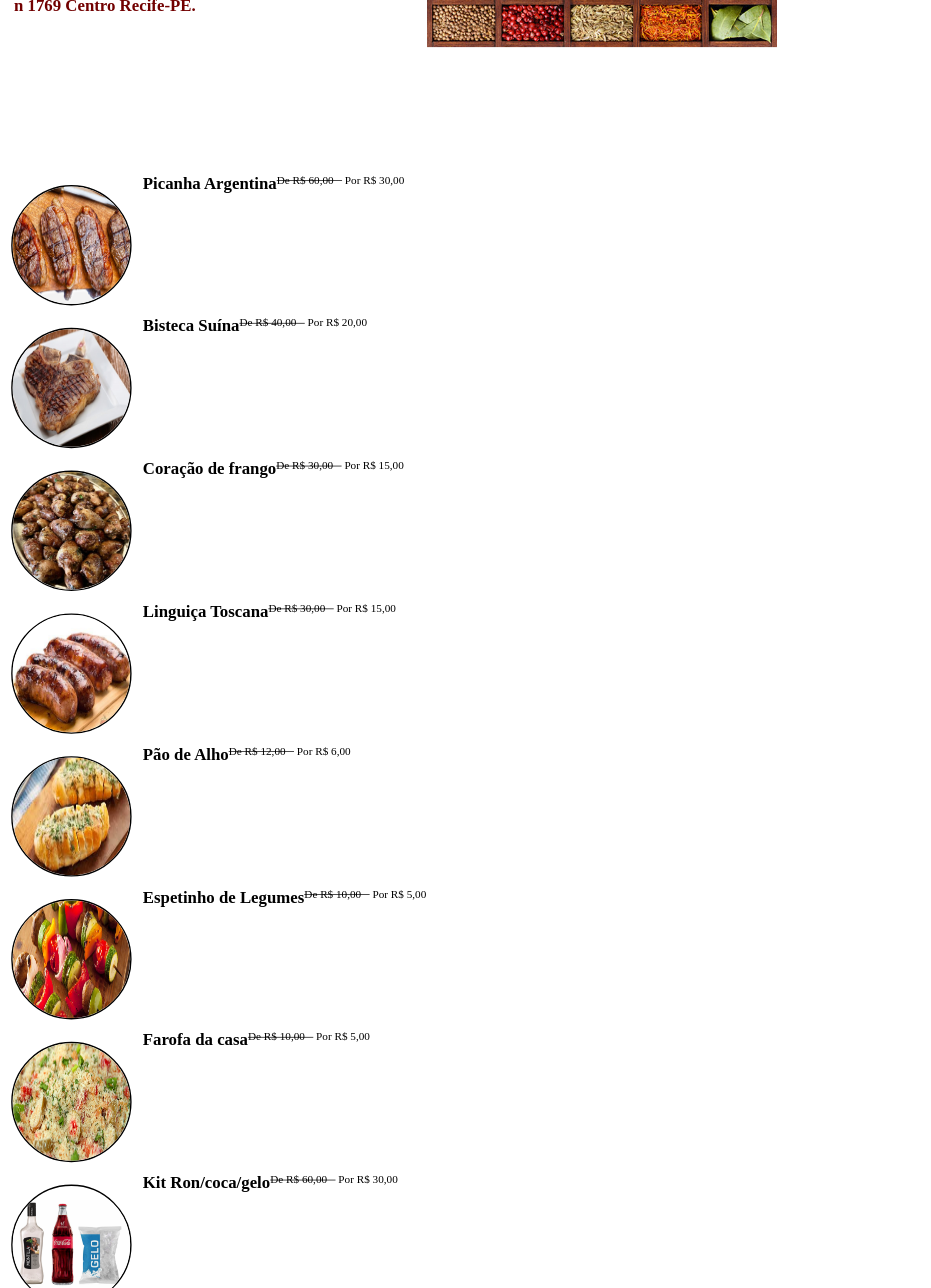
Repository: PauloMarquess/ProjetoBlackFriday
Page: index.html
These files come from the project's save history. The page is drawn as it stood at one moment and after the next save; the edit follows.
The browser window is 1280 px wide. The page is 1330 px wide, so the pictures cover 1330 px, including what lies to the right of the window. The pictures show the part of the page from y = 1145 to 2985 px (the page is 3814 px tall before and 4206 px after), at 70% of full size.

Above is the page before, as saved 2021-07-15 19:52:40.

After the next save:
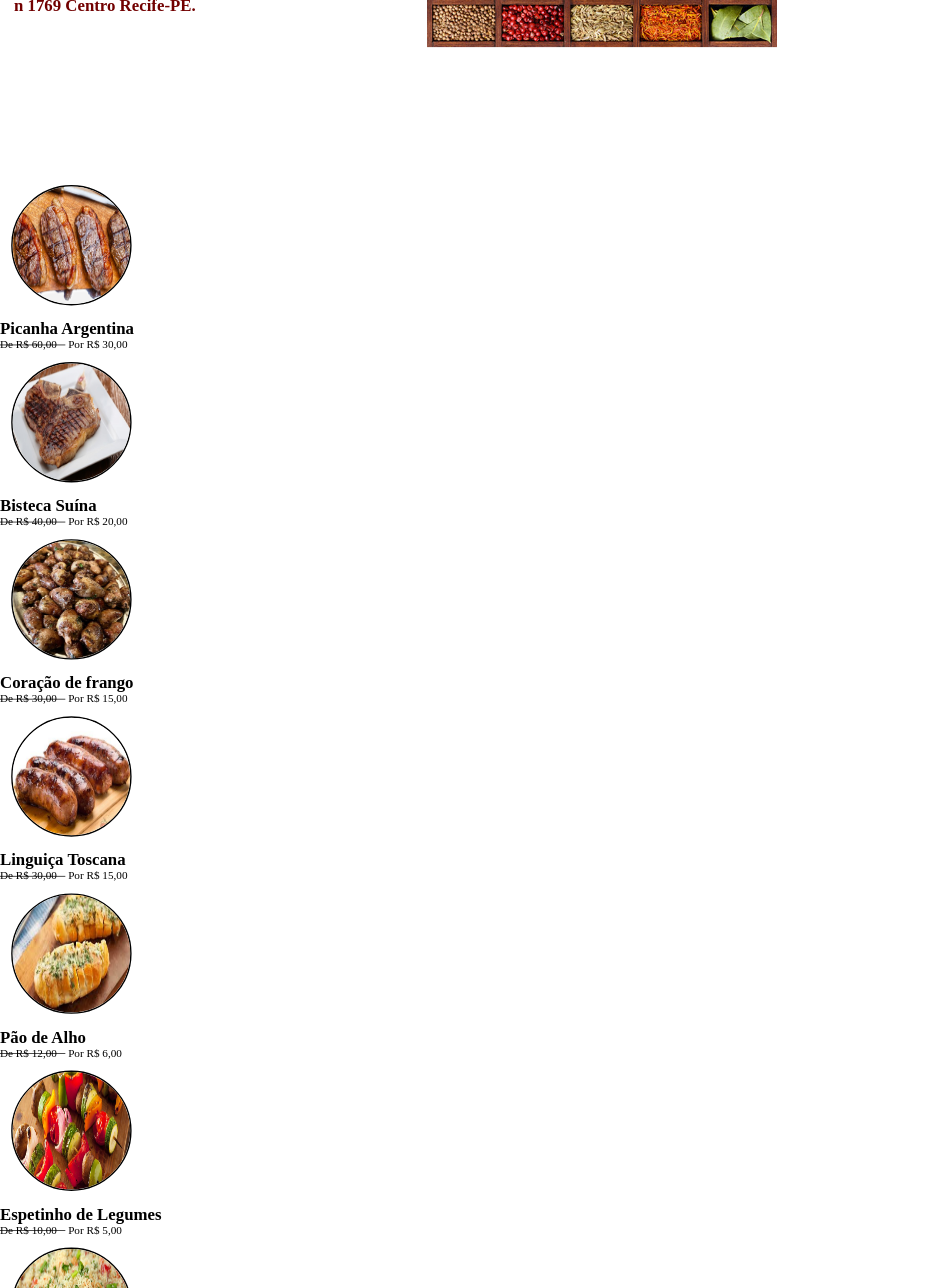
Saved 8 s later.
--- a/css/style.css
+++ b/css/style.css
@@ -79,7 +79,7 @@
    text-align: center;
 
 }
-.container-card #produtos .card {
+.container-ca #produtos .card {
     display: flex;
     flex-wrap: wrap;
 

After the save that followed:
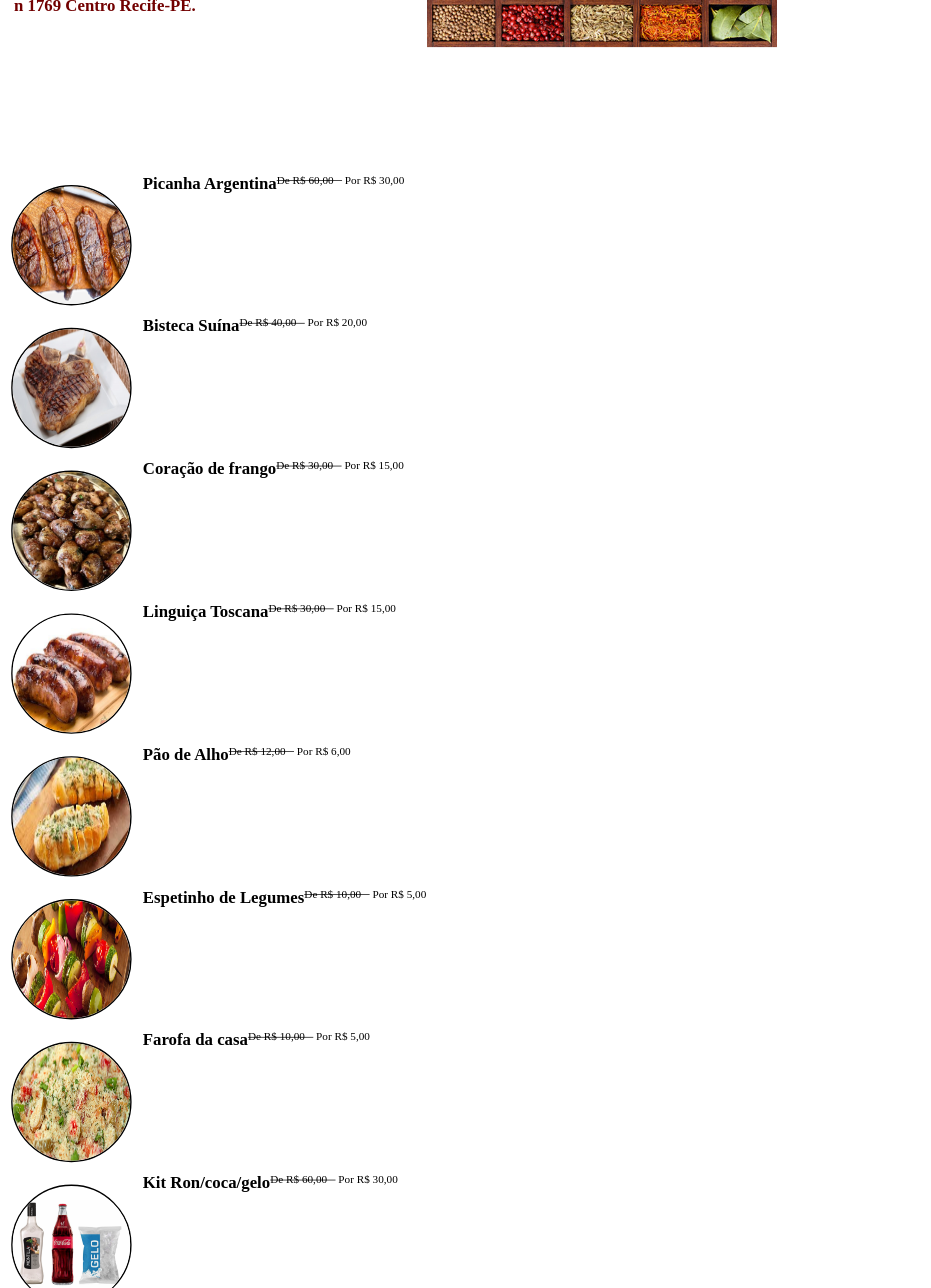
Saved 10 s later.
--- a/css/style.css
+++ b/css/style.css
@@ -79,7 +79,7 @@
    text-align: center;
 
 }
-.container-ca #produtos .card {
+.container-card #produtos .card {
     display: flex;
     flex-wrap: wrap;
 
